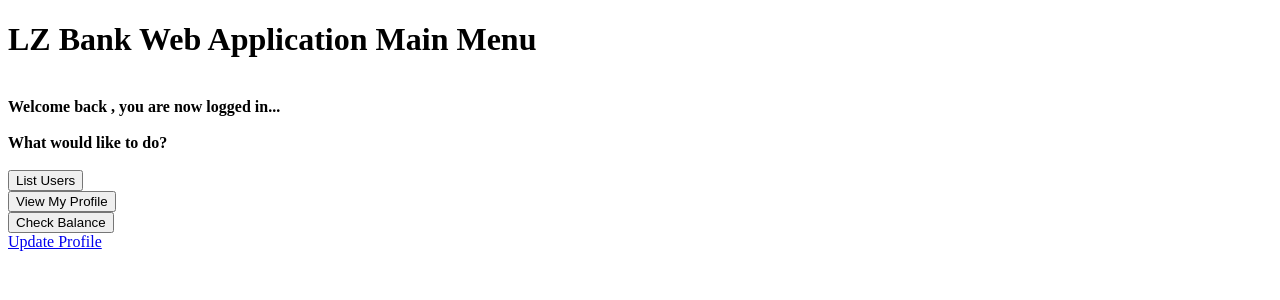
Repository: kingron98/SoftEng-Bank-Web-Application-
Page: http://localhost/SE3_BankWebApp/loginSuccess.jsp
These files come from the project's save history. The page is drawn as it stood at one moment and after the next save; the edit follows.
The browser window is 1280 px wide. The pictures show the whole page.
The page is served by Tomcat 9. Other server files are loaded and not shown.

Above is the page before, as saved 2020-12-11 22:14:23.

### SE3 Bank App/Java/Workspace/SE3_BankWebApp/WebContent/loginSuccess.jsp
<%@ page language="java" contentType="text/html; charset=ISO-8859-1" pageEncoding="ISO-8859-1"%>

<%@ taglib uri="http://java.sun.com/jsp/jstl/core" prefix="c" %>

<!DOCTYPE html PUBLIC "-//W3C//DTD HTML 4.01 Transitional//EN" "http://www.w3.org/TR/html4/loose.dtd">
<html>

<head>
<meta http-equiv="Content-Type" content="text/html; charset=ISO-8859-1">
<title>LZ Bank Web Application Main Menu</title>
</head>

<body>
	<h1>LZ Bank Web Application Main Menu</h1>

	<br/>

	<c:set var="customer" value="${sessionScope.customer}"/>
	<c:set var="bankaccount" value="${sessionScope.bankaccount}"/>
	<b>Welcome back <c:out value="${customer.customerName}"/>, you are now logged in...</b>
	<br/><br/>
	<b>What would like to do?</b>

	<br/><br/>

	<form action="FrontController" method="post">
	     <input type="hidden" name="action" value="ListUsers" />
         <input type="submit" value="List Users" />
    </form>
    <form action="FrontController" method="post">
	     <input type="hidden" name="action" value="ViewUserProfile" />
         <input type="submit" value="View My Profile" />
    </form>
    <form action="FrontController" method="post">
	     <input type="hidden" name="action" value="CheckBalance" />
         <input type="submit" value="Check Balance" />
    </form>

	<a href="updateProfile.jsp">Update Profile</a>
</body>

</html>

After the next save:
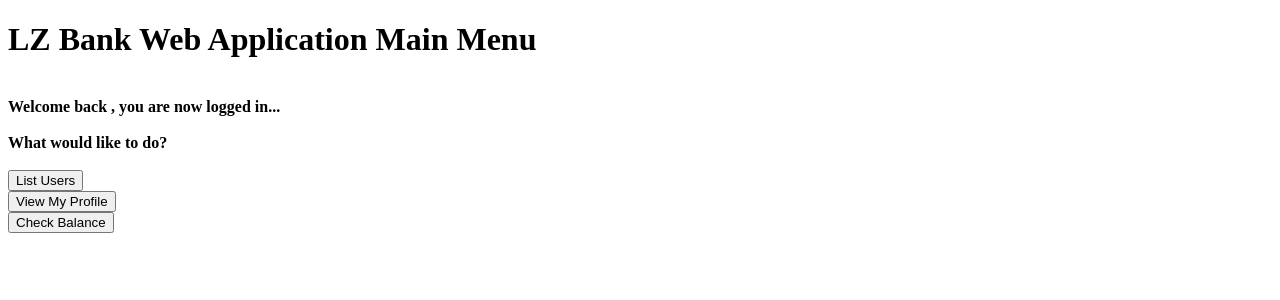
Saved 2 min 55 s later.
--- a/SE3 Bank App/Java/Workspace/SE3_BankWebApp/WebContent/loginSuccess.jsp
+++ b/SE3 Bank App/Java/Workspace/SE3_BankWebApp/WebContent/loginSuccess.jsp
@@ -35,8 +35,6 @@
 	     <input type="hidden" name="action" value="CheckBalance" />
          <input type="submit" value="Check Balance" />
     </form>
-
-	<a href="updateProfile.jsp">Update Profile</a>
 </body>
 
 </html>
